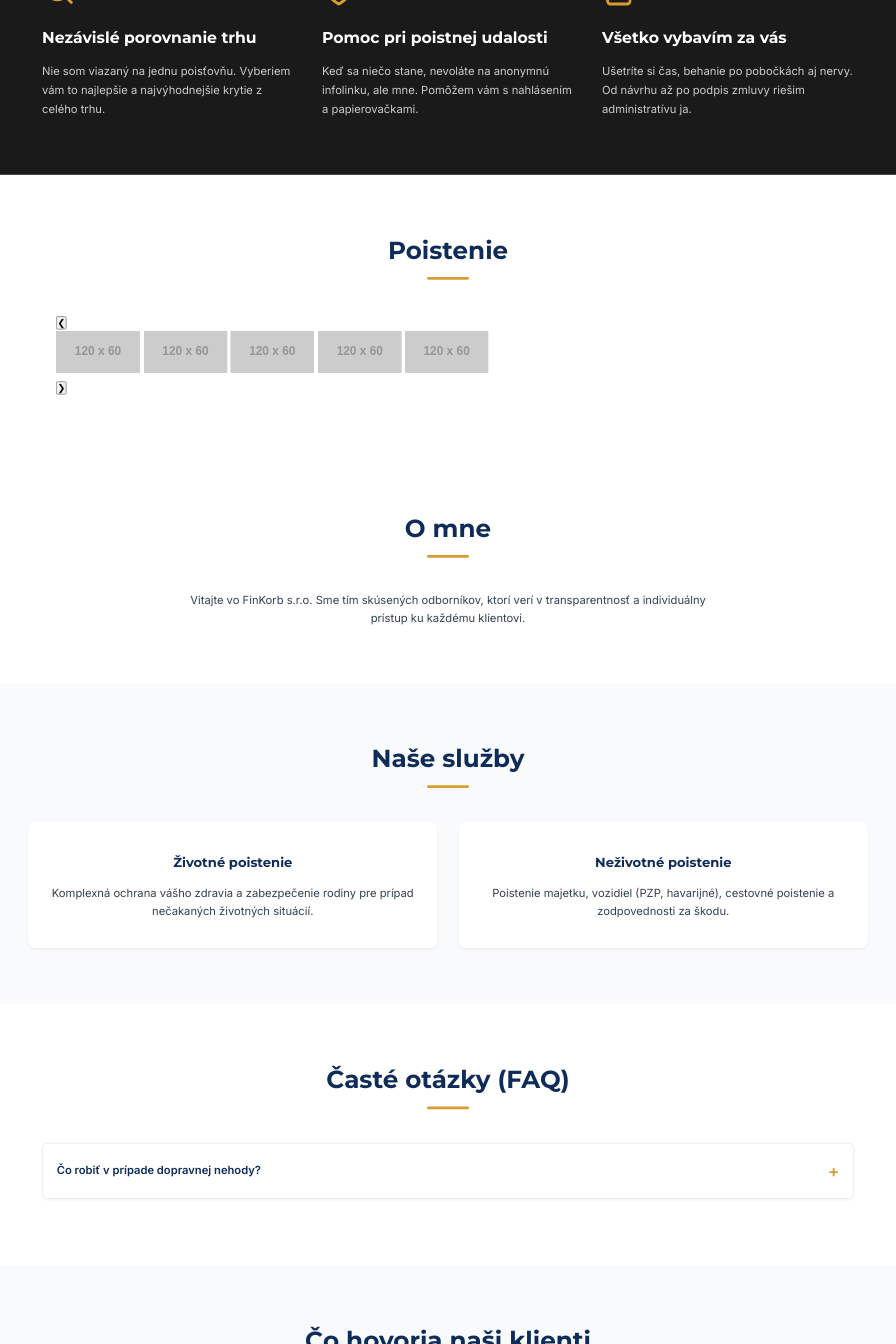
Repository: IvanK03/personal_web
Page: web/index.html
These files come from the project's save history. The page is drawn as it stood at one moment and after the next save; the edit follows.
The browser window is 1280 px wide. The pictures show the part of the page from y = 1194 to 3114 px (the page is 3802 px tall before and 3526 px after), at 70% of full size.

Above is the page before, as saved 2026-02-22 12:26:13.

After the next save:
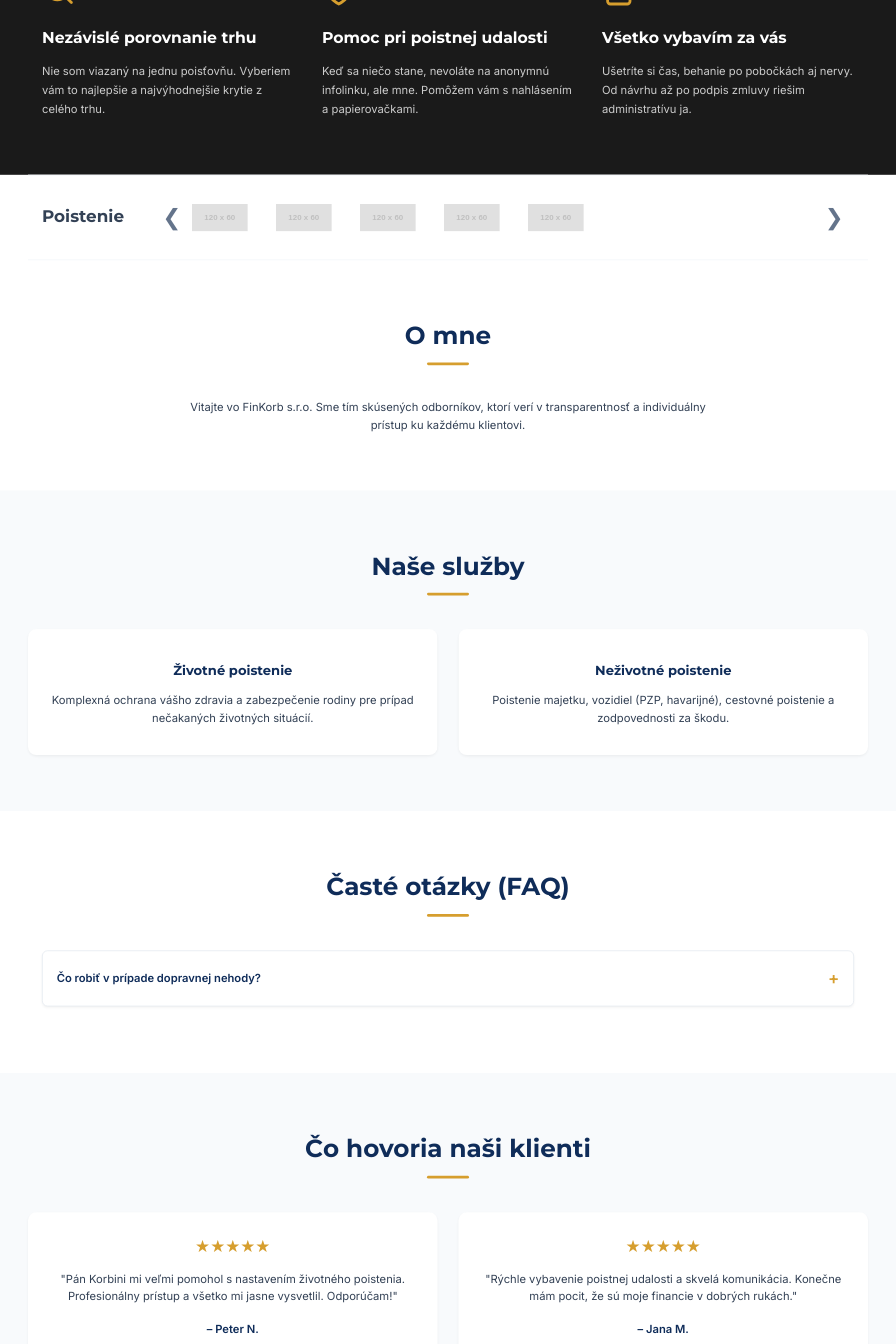
Saved 62 s later.
--- a/web/style.css
+++ b/web/style.css
@@ -445,6 +445,77 @@
     color: var(--primary-color);
 }
 
+/* Sekcia Partneri */
+#partneri {
+    background-color: var(--white);
+    padding: 40px 0;
+    border-top: 1px solid #f1f5f9;
+    border-bottom: 1px solid #f1f5f9;
+}
+
+.partners-layout {
+    display: flex;
+    align-items: center;
+    gap: 40px;
+}
+
+.partners-title {
+    margin-bottom: 0;
+    font-size: 1.5rem;
+    white-space: nowrap;
+    color: var(--text-dark);
+}
+
+.partners-title::after {
+    display: none; /* Odstránenie podčiarknutia pre tento nadpis */
+}
+
+.partners-slider {
+    display: flex;
+    align-items: center;
+    flex-grow: 1;
+    overflow: hidden;
+}
+
+.partners-logos {
+    display: flex;
+    gap: 40px;
+    overflow: hidden; /* Skryje posuvník, posúvame cez JS */
+    scroll-behavior: smooth;
+    align-items: center;
+    width: 100%;
+}
+
+.partners-logos img {
+    max-height: 40px;
+    width: auto;
+    object-fit: contain;
+    filter: grayscale(100%);
+    opacity: 0.6;
+    transition: var(--transition);
+}
+
+.partners-logos img:hover {
+    filter: grayscale(0);
+    opacity: 1;
+}
+
+.slider-btn {
+    background: none;
+    border: none;
+    font-size: 2rem;
+    color: var(--text-light);
+    cursor: pointer;
+    padding: 0 15px;
+    transition: var(--transition);
+    display: flex;
+    align-items: center;
+}
+
+.slider-btn:hover {
+    color: var(--accent-color);
+}
+
 /* Päta */
 footer {
     background-color: var(--primary-color);
@@ -504,6 +575,17 @@
         gap: 50px;
     }
 
+    /* Partneri responzivita */
+    .partners-layout {
+        flex-direction: column;
+        align-items: flex-start;
+        gap: 20px;
+    }
+
+    .partners-slider {
+        width: 100%;
+    }
+
     section {
         padding: 60px 20px;
     }
--- a/web/script.js
+++ b/web/script.js
@@ -30,4 +30,19 @@
             }
         });
     });
+
+    // --- 3. Logo Slider (Partneri) ---
+    const partnersContainer = document.querySelector('.partners-logos');
+    const prevBtn = document.querySelector('.slider-btn.prev');
+    const nextBtn = document.querySelector('.slider-btn.next');
+
+    if (partnersContainer && prevBtn && nextBtn) {
+        nextBtn.addEventListener('click', () => {
+            partnersContainer.scrollBy({ left: 200, behavior: 'smooth' });
+        });
+
+        prevBtn.addEventListener('click', () => {
+            partnersContainer.scrollBy({ left: -200, behavior: 'smooth' });
+        });
+    }
 });
